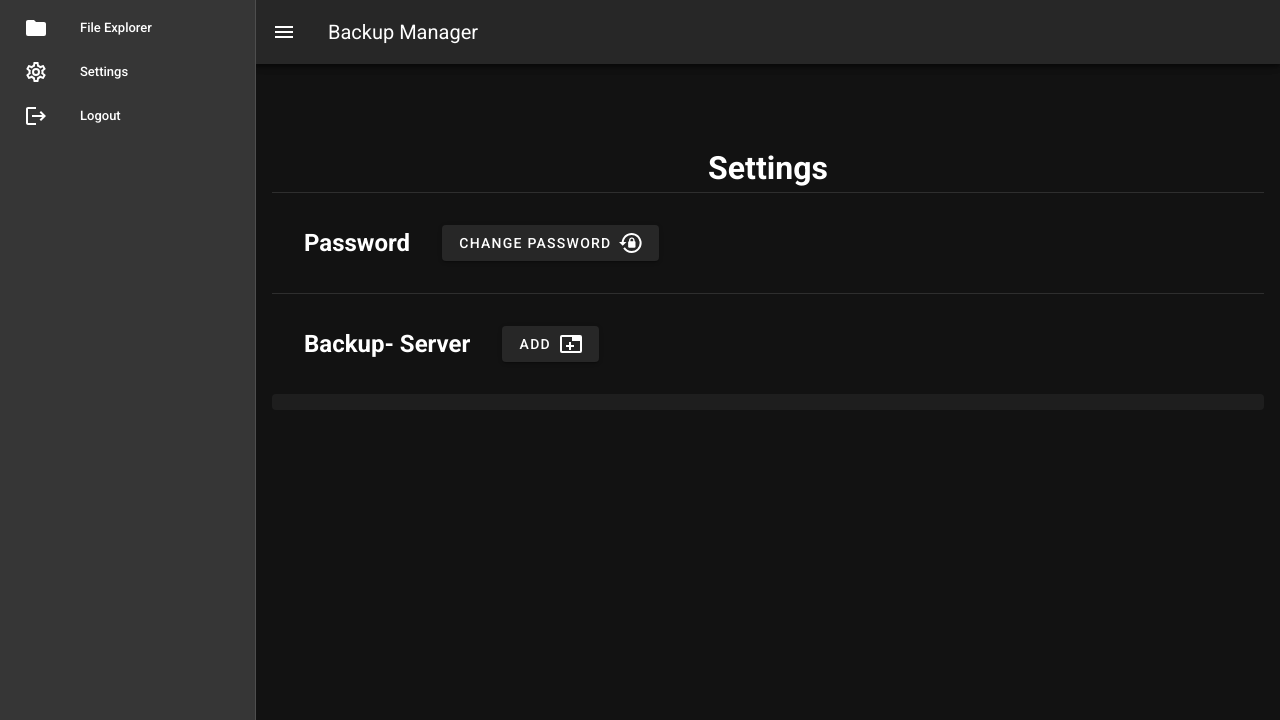
Repository: Erik966/Backup-Manager-Frontend
Page: /settings
These files come from the project's save history. The page is drawn as it stood at one moment and after the next save; the edit follows.
The browser window is 1280 px wide. The pictures show the whole page.
The project was rebuilt for these pictures with package versions that can differ from the ones it lists, and the page was loaded fresh each time. Also part of the build but not shown: vue.config.js, src/components/Login.vue, src/views/Login.vue, src/views/secure.vue.

Above is the page before, as saved 2023-01-17 00:32:10.

After the next save:
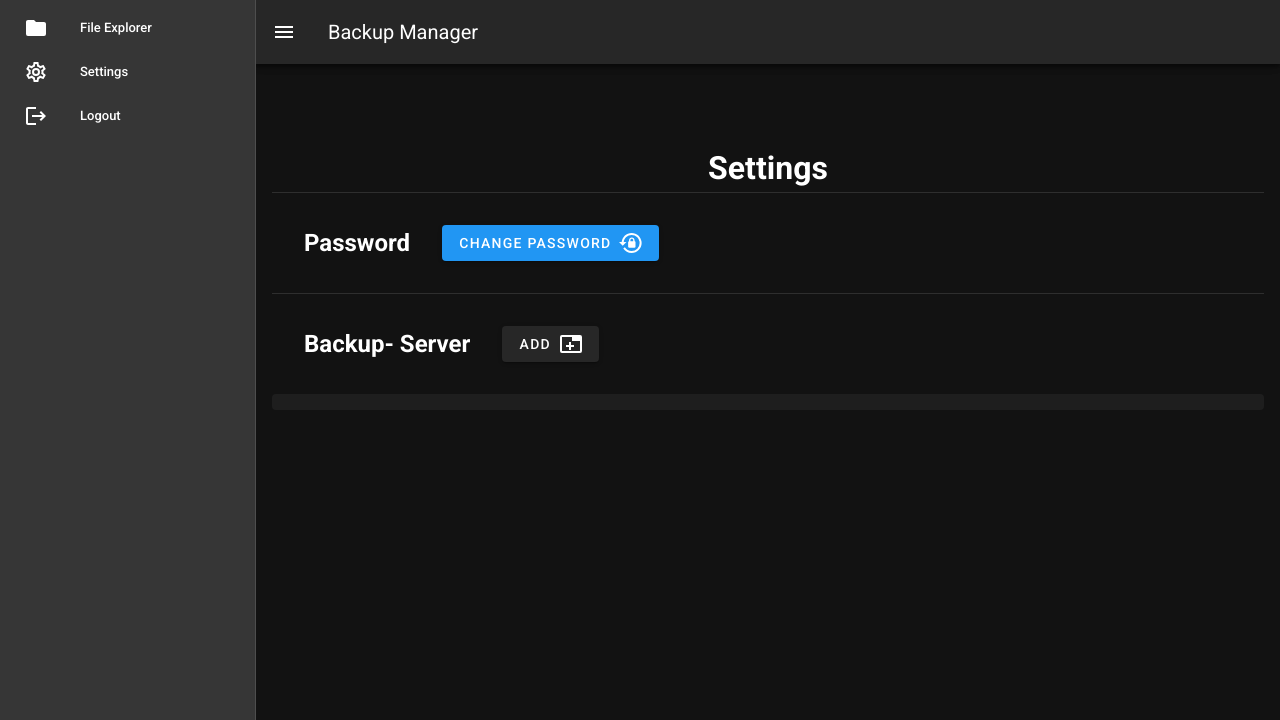
Saved 40 s later.
--- a/src/components/Settings.vue
+++ b/src/components/Settings.vue
@@ -9,7 +9,7 @@
 
       <div class="settingHeadlineContainer">
         <h2 class="settingHeading">Password</h2>
-        <v-btn @click="onClickShowChangePassword" item.icon>
+        <v-btn color="primary" @click="onClickShowChangePassword" item.icon>
           change password
           <v-icon class="iconPadding">{{ changePassword }}</v-icon>
         </v-btn>
